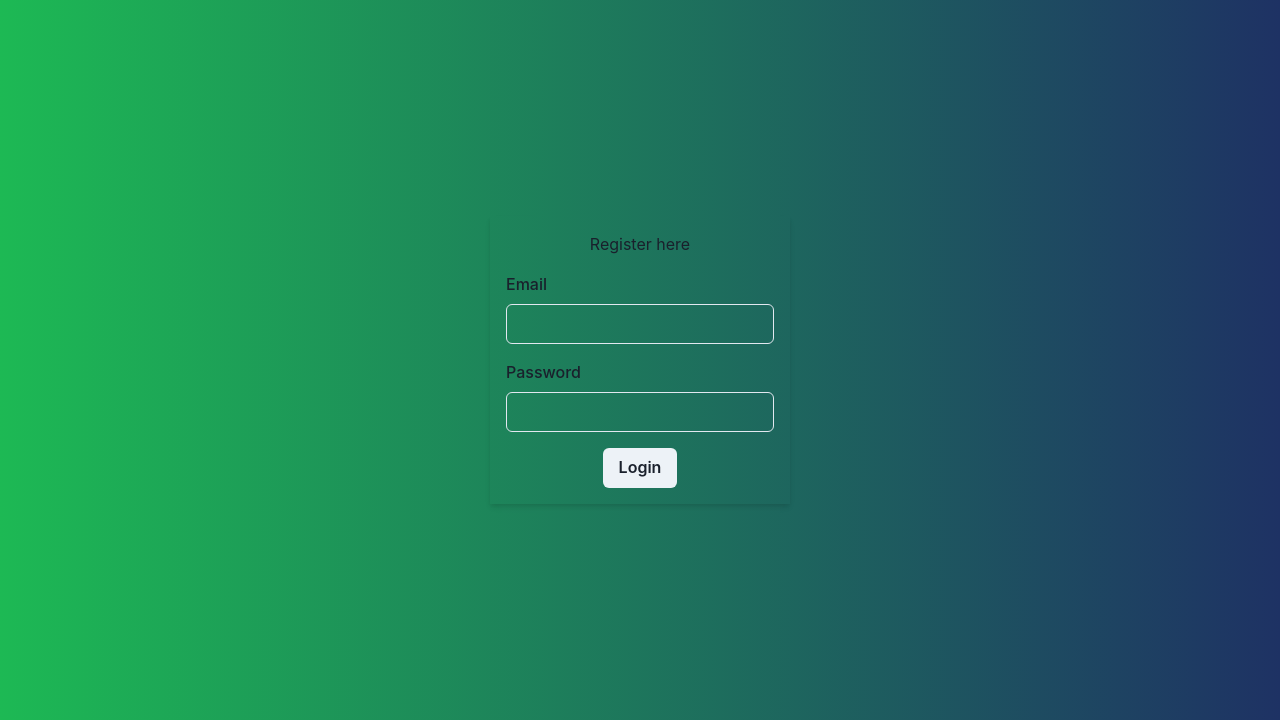
Repository: vbmn-cin-ufpe/todolist-front
Page: /
The author's editor kept a copy of each file at every save. The page is drawn from the files as they stood at one save, then again after the next save.
The browser window is 1280 px wide. The pictures show the whole page.
The project was rebuilt for these pictures with package versions that can differ from the ones it lists, and the page was loaded fresh each time. Also part of the build but not shown: vite.config.ts, src/pages/RegisterPage.tsx, src/pages/HomePage.tsx.

Above is the page before, as saved 2024-07-23 03:24:46.

After the next save:
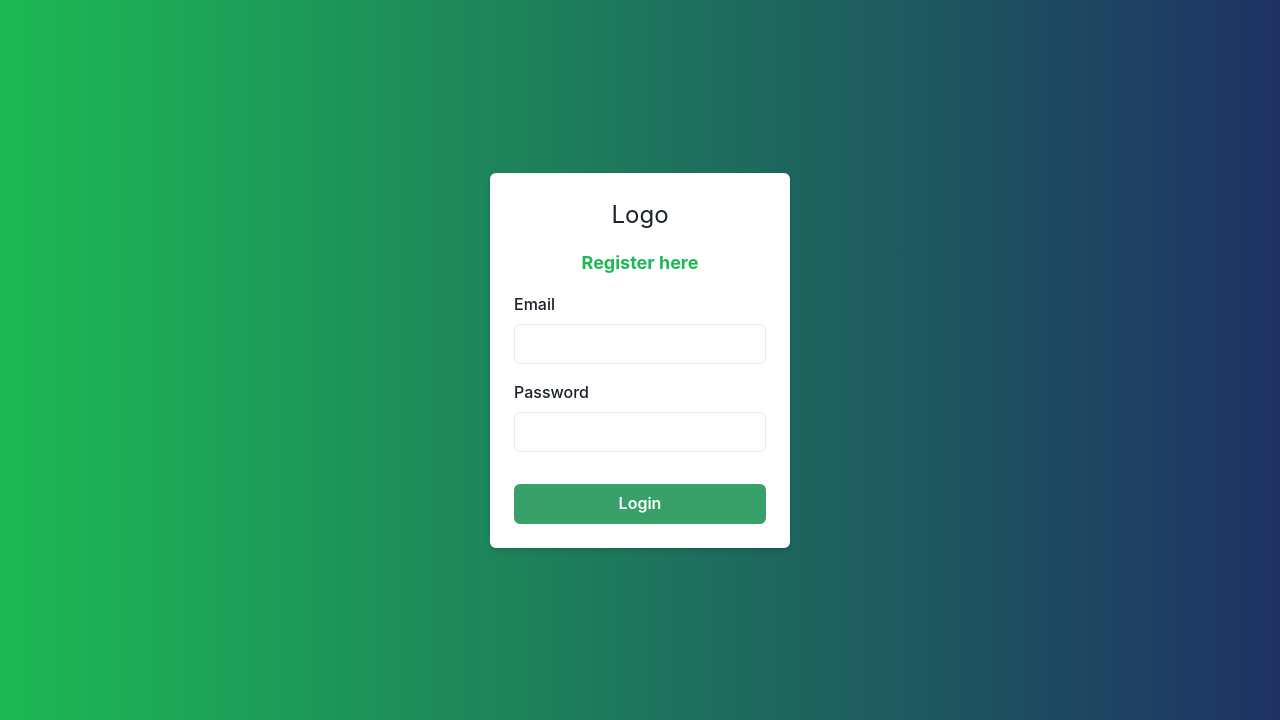
Saved 4 min 14 s later.
--- a/src/pages/LoginPage.tsx
+++ b/src/pages/LoginPage.tsx
@@ -18,10 +18,26 @@ const LoginPage = ({ setPage }) => {
   };
 
   return (
-    <Box display="flex" justifyContent="center" alignItems="center" height="100vh" bgGradient="linear(to-r, #1DB954, #1E3264)">
-      <Box width="300px" p="4" boxShadow="md">
+    <Box
+      display="flex"
+      justifyContent="center"
+      alignItems="center"
+      height="100vh"
+      bgGradient="linear(to-r, #1DB954, #1E3264)"
+    >
+      <Box
+        width="300px"
+        p="6"
+        boxShadow="md"
+        bg="white"
+        borderRadius="md"
+        textAlign="center"
+      >
+        <Text fontSize="2xl" mb="4">Logo</Text>
         <VStack spacing="4">
-          <Text cursor="pointer" onClick={() => setPage('register')}>Register here</Text>
+          <Text fontSize="lg" fontWeight="bold" color="#1DB954" cursor="pointer" onClick={() => setPage('register')}>
+            Register here
+          </Text>
           <FormControl>
             <FormLabel>Email</FormLabel>
             <Input type="email" value={email} onChange={(e) => setEmail(e.target.value)} />
@@ -30,7 +46,7 @@ const LoginPage = ({ setPage }) => {
             <FormLabel>Password</FormLabel>
             <Input type="password" value={password} onChange={(e) => setPassword(e.target.value)} />
           </FormControl>
-          <Button onClick={handleLogin}>Login</Button>
+          <Button colorScheme="green" onClick={handleLogin} width="100%" mt="4">Login</Button>
         </VStack>
       </Box>
     </Box>
